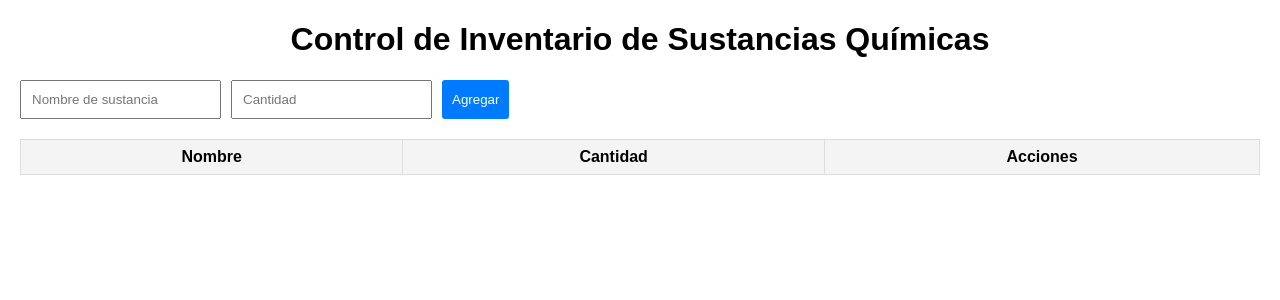
Repository: JoyMoGas/controlInventario
Page: index.html
These files come from the project's save history. The page is drawn as it stood at one moment and after the next save; the edit follows.
The browser window is 1280 px wide. The pictures show the whole page.

Above is the page before, as saved 2024-12-05 12:16:38.

### index.html
<!DOCTYPE html>
<html lang="es">
<head>
  <meta charset="UTF-8">
  <meta name="viewport" content="width=device-width, initial-scale=1.0">
  <title>Control de Inventario</title>
  <style>
    body {
      font-family: Arial, sans-serif;
      margin: 20px;
    }
    h1 {
      text-align: center;
    }
    table {
      width: 100%;
      border-collapse: collapse;
      margin-top: 20px;
    }
    th, td {
      border: 1px solid #ddd;
      padding: 8px;
      text-align: center;
    }
    th {
      background-color: #f4f4f4;
    }
    .form-container {
      display: flex;
      gap: 10px;
      margin-top: 20px;
    }
    .form-container input, .form-container button {
      padding: 10px;
    }
    .form-container button {
      background-color: #007BFF;
      color: white;
      border: none;
      cursor: pointer;
    }
    .form-container button:hover {
      background-color: #0056b3;
    }
    button {
      padding: 5px 10px;
      border: none;
      cursor: pointer;
      color: white;
      border-radius: 3px;
    }
    .btn-editar {
      background-color: #28a745;
    }
    .btn-editar:hover {
      background-color: #218838;
    }
    .btn-eliminar {
      background-color: #dc3545;
    }
    .btn-eliminar:hover {
      background-color: #c82333;
    }
  </style>
</head>
<body>
  <h1>Control de Inventario de Sustancias Químicas</h1>
  <div class="form-container">
    <input type="text" id="nombre" placeholder="Nombre de sustancia" />
    <input type="number" id="cantidad" placeholder="Cantidad" />
    <button onclick="agregarSustancia()">Agregar</button>
  </div>
  <table>
    <thead>
      <tr>
        <th>Nombre</th>
        <th>Cantidad</th>
        <th>Acciones</th>
      </tr>
    </thead>
    <tbody id="tablaInventario">
      <!-- Registros dinámicos -->
    </tbody>
  </table>
  <script>
    const inventario = [];

    function renderizarTabla() {
      const tabla = document.getElementById("tablaInventario");
      tabla.innerHTML = "";
      inventario.forEach((sustancia, index) => {
        const fila = document.createElement("tr");
        fila.innerHTML = `
          <td>${sustancia.nombre}</td>
          <td>${sustancia.cantidad}</td>
          <td>
            <button class="btn-editar" onclick="editarSustancia(${index})">Editar</button>
            <button class="btn-eliminar" onclick="eliminarSustancia(${index})">Eliminar</button>
          </td>
        `;
        tabla.appendChild(fila);
      });
    }

    function agregarSustancia() {
      const nombre = document.getElementById("nombre").value.trim();
      const cantidad = parseInt(document.getElementById("cantidad").value);

      if (nombre === "" || isNaN(cantidad)) {
        alert("Por favor, completa todos los campos.");
        return;
      }

      inventario.push({ nombre, cantidad });
      renderizarTabla();
      document.getElementById("nombre").value = "";
      document.getElementById("cantidad").value = "";
    }

    function editarSustancia(index) {
      const nuevaCantidad = prompt(
        `Ingresa la nueva cantidad para ${inventario[index].nombre}:`,
        inventario[index].cantidad
      );

      if (nuevaCantidad !== null && !isNaN(parseInt(nuevaCantidad))) {
        inventario[index].cantidad = parseInt(nuevaCantidad);
        renderizarTabla();
      }
    }

    function eliminarSustancia(index) {
      if (confirm(`¿Estás seguro de eliminar ${inventario[index].nombre}?`)) {
        inventario.splice(index, 1);
        renderizarTabla();
      }
    }
  </script>
</body>
</html>

After the next save:
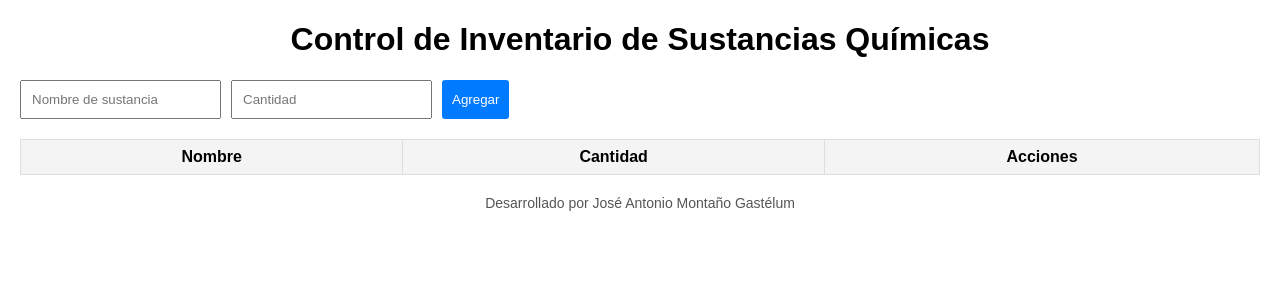
Saved 5 min 12 s later.
--- a/index.html
+++ b/index.html
@@ -61,6 +61,12 @@
     .btn-eliminar:hover {
       background-color: #c82333;
     }
+    footer {
+      margin-top: 20px;
+      text-align: center;
+      font-size: 14px;
+      color: #555;
+    }
   </style>
 </head>
 <body>
@@ -82,6 +88,9 @@
       <!-- Registros dinámicos -->
     </tbody>
   </table>
+  <footer>
+    Desarrollado por José Antonio Monta&ntilde;o Gastélum
+  </footer>
   <script>
     const inventario = [];
 
